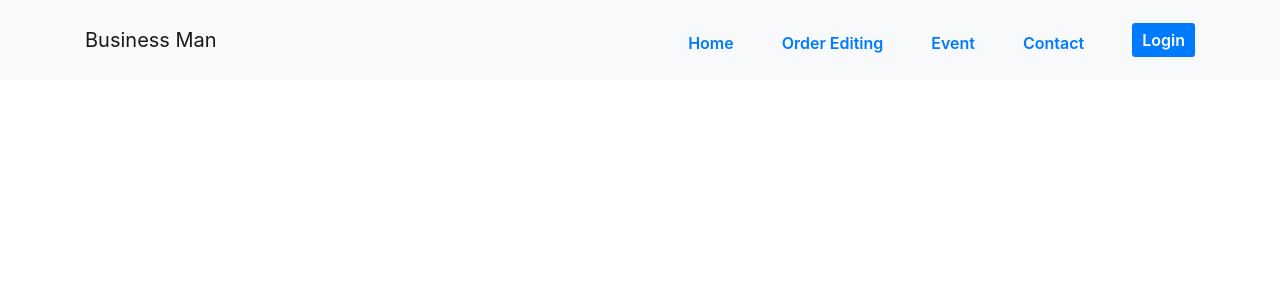
Repository: mdtahsinamin/internship-task
Page: /
An editor plug-in stored every save of this project. The page is shown before and after the next save, followed by the edit.
The browser window is 1280 px wide. The pictures show the whole page.
The project was rebuilt for these pictures with package versions that can differ from the ones it lists, and the page was loaded fresh each time. Also part of the build but not shown: src/App.css, src/Components/Style/SignIn.css, src/Components/Authentication/SignIn.js, src/Components/NotFound/NotFound.js.

Above is the page before, as saved 2020-12-24 18:40:05.

### src/App.js

import { createContext, useState } from "react";
import {
  BrowserRouter as Router,
  Switch,
  Route,
  Link
} from "react-router-dom";
import './App.css';
import SignIn from "./Components/Authentication/SignIn";
import NotFound from "./Components/NotFound/NotFound";
import Home from "./Components/Pages/Home/Home";

export const UserContext = createContext();

function App() {
   const [loginUser,setLoginUser] = useState({

   });

  return (
   <UserContext.Provider value={[loginUser,setLoginUser]}>
    <Router>
       <Switch>
         <Route path='/home' component={Home}/>

         <Route path='/sign-in' component={SignIn}/>
         <Route exact path='/' component={Home}/>

       </Switch>
    </Router>
   </UserContext.Provider>
  );
}

export default App;

### src/Components/Pages/Home/Home.js
import React from 'react';
import Navigation from '../Share/Navigation/Navigation';

const Home = () => {
    return (
        <div>
            <Navigation></Navigation>
        </div>
    );
};

export default Home;

### src/Components/Authentication/AuthManager.js
import firebase from "firebase/app";
import "firebase/auth";
import firebaseConfig from "./firebase.config";

export const initializeLoginFramework = () =>{
    if(firebase.apps.length === 0){
      firebase.initializeApp(firebaseConfig);
    }
}

export const continueWithGoogle = () =>{
    let  provider = new firebase.auth.GoogleAuthProvider();
    return firebase.auth().signInWithPopup(provider).then(res=> {
        const {displayName,email,photoURL} = res.user;
        const googleUser = {
            isLogin : true,
            name : displayName,
            email:email,
            photoURL: photoURL,
            success:true
        }
        return googleUser;
    }).catch((error)=> {
        console.log(error);

    });

}

export const googleSignOut = () =>{
     firebase.auth().signOut().then(function() {

      }).catch(function(error) {

      });
}

### src/Components/Pages/Share/Navigation/Navigation.js

import React, { useContext } from 'react';
import { Container, Dropdown, Nav, Navbar } from 'react-bootstrap';
import { Link } from 'react-router-dom';
import { UserContext } from '../../../../App';
import { googleSignOut } from '../../../Authentication/AuthManager';
import '../../../Style/Navigation.css';

const Navigation = () => {
    const links = ['Home','Order Editing','Event','Contact'];
    const [loginUser,setLoginUser] = useContext(UserContext);


    const linkStyle ={
         textDecoration: 'none',
         fontSize:'16px',
         fontWeight:'600'
    };


    const handleSignOut = () =>{
        googleSignOut();
        setLoginUser({});
    }

    return (
    <header>
        <Navbar bg="light" variant="light" expand="lg" collapseOnSelect>
           <Container>
             <Link to='/'>
               <Navbar.Brand style={{width:'130px'}}>Business Man</Navbar.Brand>
             </Link>
            <Navbar.Toggle aria-controls="basic-navbar-nav" />
            <Navbar.Collapse id="basic-navbar-nav">
                <Nav className="ml-auto">
                    {
                        links.map((link,index) =>{
                              return (
                               <Link className="mr-5 mt-2" to={`${link.toLocaleLowerCase().split(' ').join('-')}`} style={linkStyle} key={index}>
                                   {link}
                               </Link>
                              )
                        })
                    }
                    {loginUser.email? (
                    <>
                    <Dropdown>
                      <Dropdown.Toggle className="bg-transparent text-dark drop">
                        {loginUser.name}
                       <span className="profile-pic">
                         <img src={loginUser.photoURL} alt="login-user-pic" className="img-fluid" />
                      </span>
                    </Dropdown.Toggle>

                    <Dropdown.Menu>
                       <Link to="/dashboard">
                         <Dropdown.Item>Dashboard</Dropdown.Item>
                      </Link>
                      <Dropdown.Item onClick={handleSignOut}>
                        Sign Out
                      </Dropdown.Item>
                    </Dropdown.Menu>
                  </Dropdown>
                 </>)
                 : (
                     <Link style={linkStyle} to="/sign-in" className="login-button bg-primary text-white rounded-sm"> Login</Link>
                  )
                 }
                </Nav>
            </Navbar.Collapse>
           </Container>
        </Navbar>
   </header>
    );
};

export default Navigation;

### src/Components/Authentication/firebase.config.js
    // firebaseConfig

   const firebaseConfig = {
    apiKey: "AIzaSyDc0cEzjODxHuOQTtzbk7NQM-cFwDjIHy0",
    authDomain: "utilize-73a57.firebaseapp.com",
    projectId: "utilize-73a57",
    storageBucket: "utilize-73a57.appspot.com",
    messagingSenderId: "1084171874155",
    appId: "1:1084171874155:web:ffb115514317faa11e662e"
  };

  export default firebaseConfig;

### src/Components/Style/Navigation.css
.login-button{
     padding:5px 10px;
     background:#5E5BFB;
}

.login-button:hover{
     background:rgb(77, 82, 77);
     color:#ffff;
}
.drop{
    border:none;
}
.profile-pic img{
		width: 40px;
		border-radius: 50%;
        margin-left: 8px;
        font-weight:600px;
}
.navbar{
    height:80px;
}

Loaded but not shown: public/index.html (common file); src/index.js (common file); src/index.css (common file); src/reportWebVitals.js (common file)

After the next save:
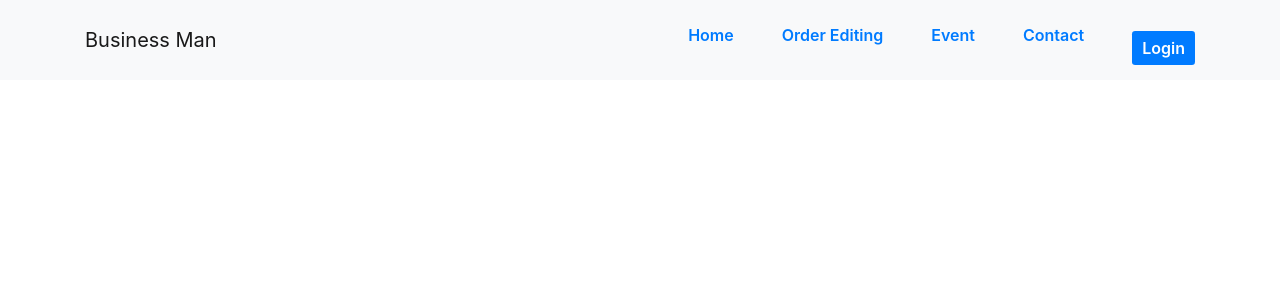
Saved 16 s later.
--- a/src/Components/Pages/Share/Navigation/Navigation.js
+++ b/src/Components/Pages/Share/Navigation/Navigation.js
@@ -63,7 +63,7 @@ const Navigation = () => {
                   </Dropdown>
                  </>)
                  : (
-                     <Link style={linkStyle} to="/sign-in" className="login-button bg-primary text-white rounded-sm"> Login</Link>
+                     <Link style={linkStyle} to="/sign-in" className="login-button bg-primary text-white rounded-sm mt-3"> Login</Link>
                   )
                  }
                 </Nav>
